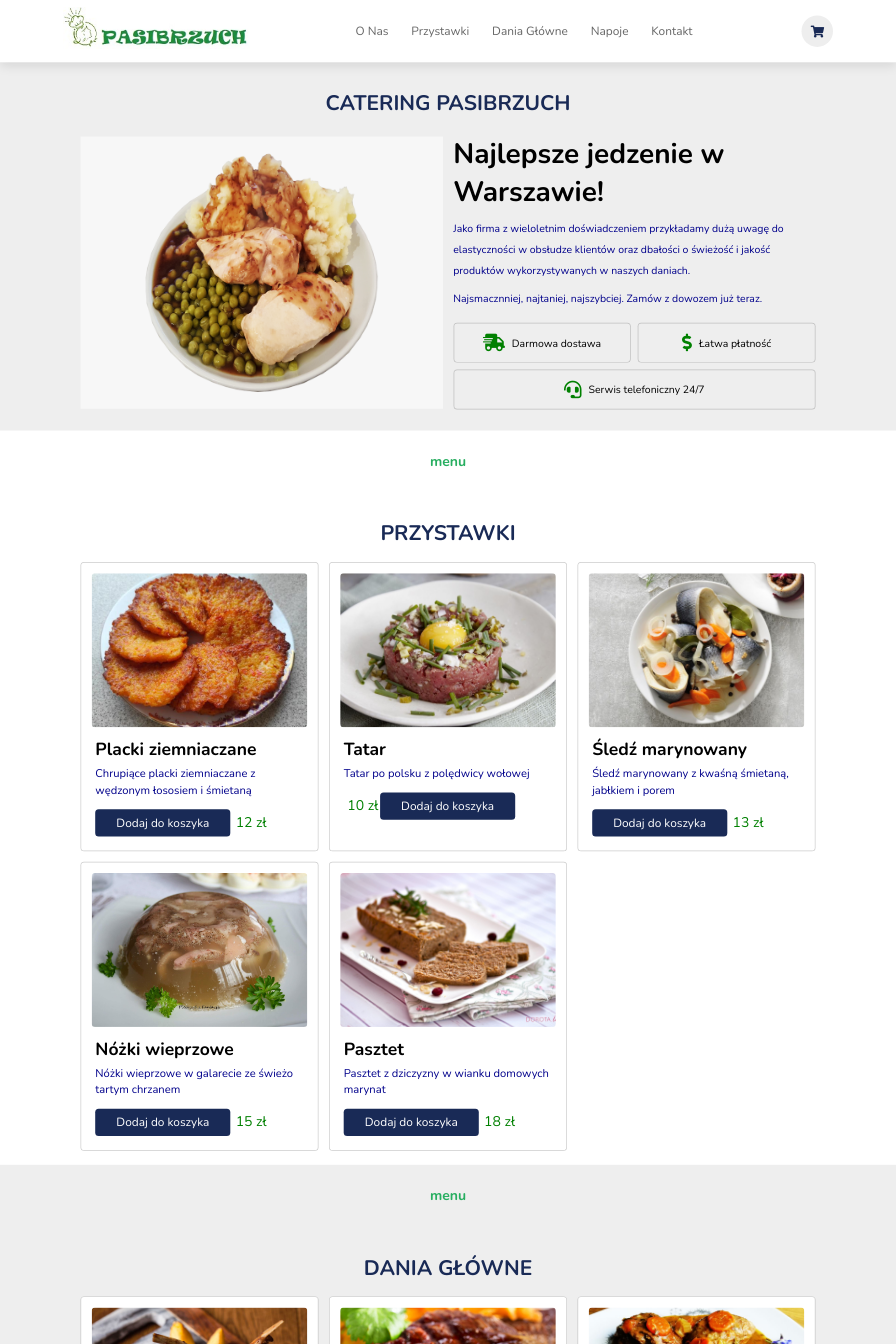
Repository: bartlomiejcichewicz/pasibrzuch
Page: index.html
These files come from the project's save history. The page is drawn as it stood at one moment and after the next save; the edit follows.
The browser window is 1280 px wide. The pictures show the part of the page from y = 0 to 1920 px (the page is 4166 px tall), at 70% of full size.

Above is the page before, as saved 2022-02-22 13:36:30.

After the next save:
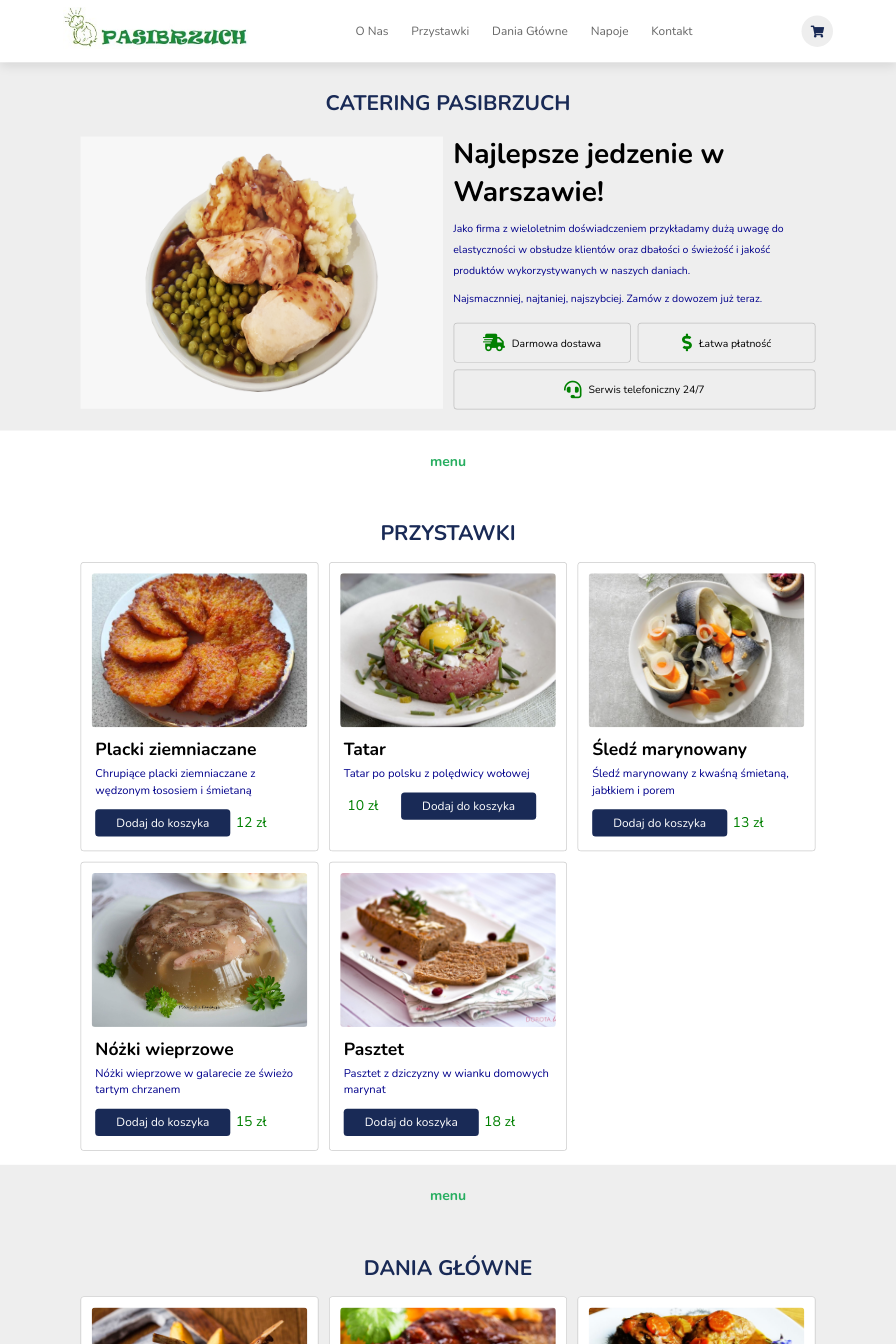
Saved 24 s later.
--- a/css/menu.css
+++ b/css/menu.css
@@ -73,5 +73,6 @@
 .menu .box-container .box .content .price{
     color:green;
     margin-left: 0.5rem;
+    margin-right: 3rem;
     font-size: 2rem;
 }
